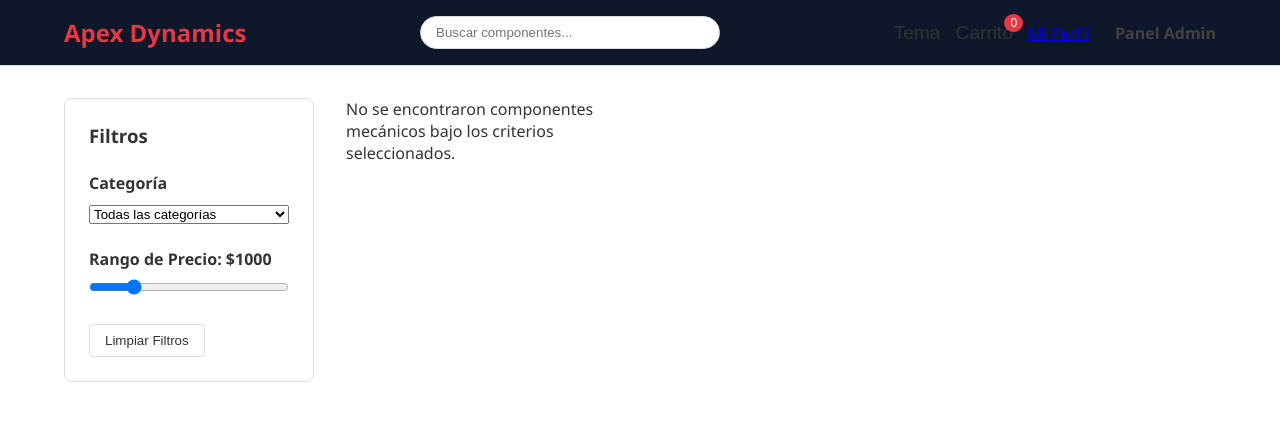
Repository: Niwrad774/Apex-Dynamics-Ecomerce
Page: html/cliente.html
These files come from the project's save history. The page is drawn as it stood at one moment and after the next save; the edit follows.
The browser window is 1280 px wide. The pictures show the whole page.
The page's requests for data from a server got no answer.

Above is the page before, as saved 2026-06-11 10:24:28.

### html/cliente.html
<!DOCTYPE html>
<html lang="es">
<head>
    <meta charset="UTF-8">
    <meta name="viewport" content="width=device-width, initial-scale=1.0">
    <title>Catálogo | Apex Dynamics</title>
    <link rel="stylesheet" href="/assets/css/cliente.css">
</head>
<body>
    <header class="navbar">
        <div class="logo"><a href="index.html" style="color: inherit; text-decoration: none;">Apex Dynamics</a></div>
        <div class="search-bar">
            <input type="text" id="search-input" placeholder="Buscar componentes...">
        </div>
        <nav class="nav-actions">
            <button id="theme-toggle" class="btn-icon">Tema</button>
            <button id="cart-toggle" class="btn-icon"><span id="cart-count">0</span>Carrito</button>
            <a href="#perfil" class="profile-link">Mi Perfil</a>
            <a href="admin.html" class="admin-link" style="margin-left: 10px; color: #444141; font-weight: bold; text-decoration: none;">Panel Admin</a>
        </nav>
    </header>

    <main class="catalog-layout">
        <aside class="filters-sidebar">
            <h3>Filtros</h3>
            <div class="filter-group">
                <label for="category-select">Categoría</label>
                <select id="category-select">
                    <option value="all">Todas las categorías</option>
                    <option value="suspension">Suspensión y Dirección</option>
                    <option value="frenos">Frenos</option>
                    <option value="motor">Motor y Rendimiento</option>
                    <option value="telemetria">Electrónica y Telemetría</option>
                </select>
            </div>
            <div class="filter-group">
                <label for="price-range">Rango de Precio: $<span id="price-value">1000</span></label>
                <input type="range" id="price-range" min="0" max="5000" step="50" value="1000">
            </div>
            <button id="clear-filters" class="btn-secondary">Limpiar Filtros</button>
        </aside>

        <section class="products-container" id="products-grid">
            <article class="product-card" data-category="frenos" data-price="850">
                <div class="product-img">Frenos de Carbono</div>
                <div class="product-info">
                    <h4>Discos de Freno Carbon-Cerámicos</h4>
                    <p class="price">$850.00</p>
                    <div class="rating">⭐⭐⭐⭐⭐ (12)</div>
                    <button class="btn-primary add-to-cart" data-id="1">Agregar al Carrito</button>
                    <button class="btn-text view-details">Ver Detalles / Reseñas</button>
                </div>
            </article>
        </section>
    </main>

    <aside class="cart-panel" id="cart-panel">
        <div class="cart-header">
            <h2>Tu Paddock (Carrito)</h2>
            <button id="close-cart" class="btn-icon">✖</button>
        </div>
        <div class="cart-items" id="cart-items">
            </div>
        <div class="cart-summary">
            <div class="summary-row">
                <span>Subtotal:</span>
                <span id="cart-subtotal">$0.00</span>
            </div>
            <div class="summary-row total">
                <span>Total:</span>
                <span id="cart-total">$0.00</span>
            </div>
            <button id="btn-checkout" class="btn-primary btn-block">Proceder al Pago</button>
        </div>
    </aside>

    <div class="modal-overlay" id="checkout-modal">
        <div class="modal-content">
            <span class="close-modal" id="close-checkout">&times;</span>
            <h2>Completar Orden</h2>
            <form id="checkout-form">
                <div class="form-group">
                    <label>Nombre en la Tarjeta</label>
                    <input type="text" required placeholder="Piloto Principal">
                </div>
                <div class="form-group">
                    <label>Número de Tarjeta</label>
                    <input type="text" required pattern="\d{16}" placeholder="0000 0000 0000 0000">
                </div>
                <div class="form-row">
                    <div class="form-group">
                        <label>Vencimiento</label>
                        <input type="text" required placeholder="MM/YY">
                    </div>
                    <div class="form-group">
                        <label>CVV</label>
                        <input type="text" required pattern="\d{3,4}" placeholder="123">
                    </div>
                </div>
                <button type="submit" class="btn-primary btn-block">Confirmar Pago</button>
            </form>
        </div>
    </div>

    <div class="modal-overlay" id="product-modal">
        <div class="modal-content product-modal-content">
            <span class="close-modal" id="close-product">&times;</span>
            <div class="product-details-layout">
                <div class="product-details-info">
                    <h2 id="modal-product-title">Título del Producto</h2>
                    <p id="modal-product-desc">Descripción detallada del componente...</p>
                    <p class="price" id="modal-product-price">$0.00</p>
                </div>
                <div class="product-reviews-section">
                    <h3>Reseñas</h3>
                    <div id="reviews-list" class="reviews-list">
                        </div>
                    <form id="review-form" class="review-form">
                        <h4>Deja tu opinión</h4>
                        <div class="star-rating">
                            <label><input type="radio" name="rating" value="1"> 1⭐</label>
                            <label><input type="radio" name="rating" value="2"> 2⭐</label>
                            <label><input type="radio" name="rating" value="3"> 3⭐</label>
                            <label><input type="radio" name="rating" value="4"> 4⭐</label>
                            <label><input type="radio" name="rating" value="5" checked> 5⭐</label>
                        </div>
                        <textarea rows="3" placeholder="¿Qué tal funciona este componente en la pista?" required></textarea>
                        <button type="submit" class="btn-secondary">Enviar Reseña</button>
                    </form>
                </div>
            </div>
        </div>
    </div>
</body>

<script type="module" src="/js/controllers/CatalogoController.js"></script>

</html>

### assets/css/cliente.css
:root {
    --bg-color: #ffffff;
    --text-color: #333333;
    --primary-color: #e63946;
    --primary-hover: #d62828;
    --secondary-bg: #f8f9fa;
    --card-bg: #ffffff;
    --border-color: #dddddd;
    --font-main: 'Segoe UI', Tahoma, Geneva, Verdana, sans-serif;
    --overlay-bg: rgba(0, 0, 0, 0.6);
}

* { margin: 0; padding: 0; box-sizing: border-box; }

body {
    font-family: var(--font-main);
    background-color: var(--bg-color);
    color: var(--text-color);
    overflow-x: hidden;
}

.btn-primary {
    background-color: var(--primary-color);
    color: #fff;
    border: none;
    padding: 10px 15px;
    border-radius: 4px;
    cursor: pointer;
    font-weight: bold;
    transition: 0.3s;
}
.btn-primary:hover { background-color: var(--primary-hover); }

.btn-secondary {
    background-color: transparent;
    color: var(--text-color);
    border: 1px solid var(--border-color);
    padding: 8px 15px;
    border-radius: 4px;
    cursor: pointer;
    transition: 0.3s;
}
.btn-secondary:hover { background-color: var(--secondary-bg); }

.btn-icon {
    background: none;
    border: none;
    font-size: 1.2rem;
    cursor: pointer;
    color: inherit;
    position: relative;
}
.btn-block { width: 100%; }

.navbar {
    display: flex;
    justify-content: space-between;
    align-items: center;
    padding: 1rem 5%;
    background-color: #0f172a;
    border-bottom: 1px solid var(--border-color);
    position: sticky;
    top: 0;
    z-index: 100;
}
.navbar .logo { font-size: 1.5rem; font-weight: bold; color: var(--primary-color); }
.search-bar input {
    padding: 8px 15px;
    border-radius: 20px;
    border: 1px solid var(--border-color);
    width: 300px;
}
.nav-actions { display: flex; gap: 15px; align-items: center; }
.nav-actions {background}
#cart-count {
    position: absolute;
    top: -8px; right: -10px;
    background: var(--primary-color);
    color: white;
    font-size: 0.75rem;
    padding: 2px 6px;
    border-radius: 50%;
}

/* --- Layout del Catálogo --- */
.catalog-layout {
    display: flex;
    gap: 2rem;
    padding: 2rem 5%;
    min-height: 80vh;
}

/* Sidebar Filtros */
.filters-sidebar {
    width: 250px;
    background: var(--card-bg);
    padding: 1.5rem;
    border-radius: 8px;
    border: 1px solid var(--border-color);
    height: fit-content;
}
.filters-sidebar h3 { margin-bottom: 1.5rem; }
.filter-group { margin-bottom: 1.5rem; }
.filter-group label { display: block; margin-bottom: 0.5rem; font-weight: bold; }
.filter-group select, .filter-group input[type="range"] { width: 100%; }

/* Grid Productos */
.products-container {
    flex: 1;
    display: grid;
    grid-template-columns: repeat(auto-fill, minmax(250px, 1fr));
    gap: 1.5rem;
}
.product-card {
    background: var(--card-bg);
    border: 1px solid var(--border-color);
    border-radius: 8px;
    overflow: hidden;
    display: flex;
    flex-direction: column;
}
.product-img {
    height: 180px;
    background: #e9ecef;
    display: flex;
    align-items: center;
    justify-content: center;
    color: #6c757d;
}
.product-info { padding: 1rem; display: flex; flex-direction: column; flex: 1; }
.product-info h4 { margin-bottom: 0.5rem; font-size: 1.1rem; }
.product-info .price { color: var(--primary-color); font-weight: bold; font-size: 1.2rem; margin-bottom: 0.5rem; }
.product-info .rating { margin-bottom: 1rem; font-size: 0.9rem; }
.product-info .add-to-cart { margin-top: auto; margin-bottom: 0.5rem; }
.product-info .btn-text { background: none; border: none; color: #0066cc; cursor: pointer; text-decoration: underline; }

/* --- Panel del Carrito --- */
.cart-panel {
    position: fixed;
    top: 0; right: -400px;
    width: 350px;
    height: 100vh;
    background: var(--card-bg);
    box-shadow: -2px 0 10px rgba(0,0,0,0.1);
    z-index: 1000;
    transition: right 0.3s ease;
    display: flex;
    flex-direction: column;
}
.cart-panel.open { right: 0; }
.cart-header {
    padding: 1.5rem;
    border-bottom: 1px solid var(--border-color);
    display: flex;
    justify-content: space-between;
    align-items: center;
}
.cart-items { flex: 1; overflow-y: auto; padding: 1.5rem; }
.cart-summary {
    padding: 1.5rem;
    border-top: 1px solid var(--border-color);
    background: var(--secondary-bg);
}
.summary-row { display: flex; justify-content: space-between; margin-bottom: 0.5rem; }
.summary-row.total { font-size: 1.2rem; font-weight: bold; margin-bottom: 1rem; }

/* --- Modales (Checkout y Producto) --- */
.modal-overlay {
    position: fixed;
    top: 0; left: 0; width: 100%; height: 100%;
    background: var(--overlay-bg);
    display: none;
    align-items: center;
    justify-content: center;
    z-index: 1100;
}
.modal-content {
    background: var(--bg-color);
    padding: 2rem;
    border-radius: 8px;
    width: 90%;
    max-width: 400px;
    position: relative;
}
.product-modal-content { max-width: 800px; }
.close-modal {
    position: absolute;
    top: 15px; right: 20px;
    font-size: 1.5rem;
    cursor: pointer;
}
.form-group { margin-bottom: 1rem; }
.form-group label { display: block; margin-bottom: 0.3rem; font-size: 0.9rem; }
.form-group input {
    width: 100%; padding: 10px;
    border: 1px solid var(--border-color); border-radius: 4px;
}
.form-row { display: flex; gap: 10px; }

/* Layout Detalle de Producto */
.product-details-layout {
    display: grid;
    grid-template-columns: 1fr 1fr;
    gap: 2rem;
    margin-top: 1rem;
}
.review-form {
    margin-top: 1.5rem;
    background: var(--secondary-bg);
    padding: 1rem;
    border-radius: 8px;
}
.star-rating { margin-bottom: 1rem; display: flex; gap: 10px; }
.review-form textarea {
    width: 100%; padding: 10px;
    border: 1px solid var(--border-color);
    border-radius: 4px; margin-bottom: 1rem; resize: vertical;
}

/* --- Responsive --- */
@media (max-width: 768px) {
    .catalog-layout { flex-direction: column; }
    .filters-sidebar { width: 100%; }
    .product-details-layout { grid-template-columns: 1fr; }
}

### js/repositories/ProductoRepository.js
export class ProductRepository {
    constructor() {
        this.apiURL = 'https://fakestoreapi.com/products';
    }

    async getAllProducts() {
        // CONEXIÓN LOCAL: Intentamos leer la base de datos local en el navegador
        let products = JSON.parse(localStorage.getItem('products'));

        // INTERCEPCIÓN / LOGICA DE CACHÉ: Si no hay datos locales, nos conectamos a la API externa
        if (!products || products.length === 0) {
            try {
                // CONEXIÓN DE RED: Consumo de datos crudos externos
                const response = await fetch(this.apiURL);
                const data = await response.json();

                // MAPEO DE DOMINIO: Transformamos los datos de la API al contexto automotriz
                products = data.map(item => ({
                    id: item.id,
                    title: this.translateToMotorsport(item.title, item.id),
                    description: item.description,
                    price: parseFloat((item.price * 10).toFixed(2)),
                    category: this.mapCategory(item.category),
                    rating: item.rating ? item.rating.rate : 5,
                    reviewsCount: item.rating ? item.rating.count : 0
                }));

                // CONEXIÓN DE PERSISTENCIA: Se guardan localmente para otorgar el control total al Admin
                // A partir de este commit en el storage, la app deja de depender de la API externa
                localStorage.setItem('products', JSON.stringify(products));
            } catch (error) {
                console.error("Error en la conexión con la API, usando fallback local:", error);
                products = this.getFallbackProducts();
                localStorage.setItem('products', JSON.stringify(products));
            }
        }
        return products; // Retorna los datos unificados al Servicio o Controlador
    }

    getReviewsByProductId(productId) {
        // CONEXIÓN LOCAL: Recupera el mapa de reseñas persistidas por ID de producto
        const allReviews = JSON.parse(localStorage.getItem('product_reviews')) || {};
        return allReviews[productId] || this.getDefaultReviews();
    }

    saveReview(productId, reviewDto) {
        // CONEXIÓN LOCAL: Modifica el estado del LocalStorage inyectando una nueva reseña
        const allReviews = JSON.parse(localStorage.getItem('product_reviews')) || {};
        if (!allReviews[productId]) allReviews[productId] = this.getDefaultReviews();

        allReviews[productId].push(reviewDto);
        localStorage.setItem('product_reviews', JSON.stringify(allReviews));
    }

    mapCategory(apiCategory) {
        if (apiCategory.includes("electronics")) return "telemetria";
        if (apiCategory.includes("jewelery")) return "suspension";
        if (apiCategory.includes("men's clothing")) return "motor";
        return "frenos";
    }

    translateToMotorsport(title, id) {
        const names = [
            "Kit de Suspensión Coilovers Pro", "Discos de Freno Cerámicos",
            "Módulo de Telemetría GPS v2", "Turbocompresor de Geometría Variable",
            "Inyectores de Alta Presión", "Volante de Alcantara Competición",
            "Pastillas de Freno Compuesto Blando", "Sensor de Presión de Neumáticos TPMS"
        ];
        return names[id % names.length] || `Componente Racing HP-${id}`;
    }

    getDefaultReviews() {
        return [
            { rating: 5, comment: "Excelente respuesta en pista, altamente recomendado.", date: "2026-05-10" },
            { rating: 4, comment: "Buen material, requiere ajuste profesional.", date: "2026-06-01" }
        ];
    }

    getFallbackProducts() {
        return [{ id: 101, title: "Kit de Suspensión Ajustable", description: "Ideal para circuitos", price: 1200.00, category: "suspension", rating: 4.8, reviewsCount: 14 }];
    }
}

### js/services/CartService.js
export class CartService {
    constructor() {
        // CONEXIÓN DE ESTADO LOCAL: Inicializa el estado en memoria recuperando el carrito del LocalStorage
        this.cart = JSON.parse(localStorage.getItem('cart')) || [];
    }

    getCartItems() {
        return this.cart;
    }

    addToCart(product) {
        const existingItem = this.cart.find(item => item.id === product.id);
        if (existingItem) {
            existingItem.quantity += 1; // PUNTO DE CONEXIÓN: Operación de clonar/incrementar cantidad
        } else {
            this.cart.push({ ...product, quantity: 1 });
        }
        this.syncStorage();
    }

    incrementQuantity(productId) {
        const item = this.cart.find(item => item.id === productId);
        if (item) {
            item.quantity += 1;
            this.syncStorage();
        }
    }

    decrementQuantity(productId) {
        const item = this.cart.find(item => item.id === productId);
        if (item) {
            item.quantity -= 1;
            if (item.quantity <= 0) {
                this.removeFromCart(productId);
                return;
            }
            this.syncStorage();
        }
    }

    removeFromCart(productId) {
        this.cart = this.cart.filter(item => item.id !== productId);
        this.syncStorage();
    }

    clearCart() {
        this.cart = [];
        this.syncStorage();
    }

    // CALCULO MATEMÁTICO: Centraliza el cómputo automático de subtotales y totales requeridos
    getCalculatedTotals() {
        const subtotal = this.cart.reduce((acc, item) => acc + (item.price * item.quantity), 0);
        return {
            subtotal: subtotal.toFixed(2),
            total: subtotal.toFixed(2), // Modificar aquí si se requiere aplicar impuestos o descuentos
            count: this.cart.reduce((acc, item) => acc + item.quantity, 0)
        };
    }

    // CONEXIÓN DE PERSISTENCIA: Sincroniza el estado en memoria con el almacenamiento del navegador
    syncStorage() {
        localStorage.setItem('cart', JSON.stringify(this.cart));
    }
}

### js/views/CatalogoView.js
export class CatalogView {
    // CONEXIÓN CON EL DOM: Al instanciar la vista, le pasamos los elementos HTML que va a controlar
    constructor(domElements) {
        this.DOM = domElements;
    }

    // PUNTO DE CONEXIÓN (Datos -> Interfaz): Recibe el array filtrado y lo dibuja en la cuadrícula
    renderCatalog(products) {
        this.DOM.productsGrid.innerHTML = "";

        if (products.length === 0) {
            this.DOM.productsGrid.innerHTML = `<p class="no-results">No se encontraron componentes mecánicos bajo los criterios seleccionados.</p>`;
            return;
        }

        products.forEach(product => {
            const card = document.createElement("article");
            card.className = "product-card";
            // CONEXIÓN DE IDENTIFICADORES: Usamos `data-id` para mapear el elemento del DOM con el ID del objeto en la BD
            card.innerHTML = `
                <div class="product-img">${product.title.substring(0, 15)}...</div>
                <div class="product-info">
                    <h4>${product.title}</h4>
                    <p class="price">$${product.price.toLocaleString('en-US', {minimumFractionDigits: 2})}</p>
                    <div class="rating">⭐ ${product.rating} (${product.reviewsCount} refs)</div>
                    <button class="btn-primary add-to-cart" data-id="${product.id}">Agregar al Carrito</button>
                    <button class="btn-text view-details" data-id="${product.id}">Ver Detalles / Reseñas</button>
                </div>
            `;
            this.DOM.productsGrid.appendChild(card);
        });
    }

    // PUNTO DE CONEXIÓN (Carrito -> Interfaz): Dibuja los componentes dentro del Paddock lateral
    renderCart(items, totals) {
        this.DOM.cartCount.textContent = totals.count;
        this.DOM.cartSubtotal.textContent = `$${totals.subtotal}`;
        this.DOM.cartTotal.textContent = `$${totals.total}`;

        this.DOM.cartItemsContainer.innerHTML = "";

        if (items.length === 0) {
            this.DOM.cartItemsContainer.innerHTML = `<p style="text-align:center; color:#6c757d; margin-top:2rem;">El carrito está vacío.</p>`;
            return;
        }

        items.forEach(item => {
            const itemElement = document.createElement("div");
            itemElement.style.cssText = "display:flex; justify-content:space-between; align-items:center; margin-bottom:1rem; border-bottom:1px solid var(--border-color); padding-bottom:0.5rem;";
            // CONEXIÓN DE EVENTOS DELEGADOS: Los botones internos llevan el `data-id` para ser interceptados en el controlador
            itemElement.innerHTML = `
                <div>
                    <h5 style="font-size:0.95rem; font-weight:bold;">${item.title}</h5>
                    <p style="color:var(--primary-color); font-size:0.9rem;">$${item.price} x ${item.quantity}</p>
                </div>
                <div style="display:flex; gap:5px; align-items:center;">
                    <button class="btn-qty minus" data-id="${item.id}">-</button>
                    <span>${item.quantity}</span>
                    <button class="btn-qty plus" data-id="${item.id}">+</button>
                    <button class="btn-remove" data-id="${item.id}">🗑️</button>
                </div>
            `;
            this.DOM.cartItemsContainer.appendChild(itemElement);
        });
    }

    renderReviews(reviews) {
        this.DOM.reviewsList.innerHTML = "";
        reviews.forEach(rev => {
            const revEl = document.createElement("div");
            revEl.style.cssText = "margin-bottom: 1rem; border-bottom: 1px dashed #ccc; padding-bottom: 0.5rem;";
            revEl.innerHTML = `
                <p style="font-weight:bold; color:orange;">${"⭐".repeat(rev.rating)}</p>
                <p style="font-style:italic;">"${rev.comment}"</p>
                <small style="color:#777;">Fecha: ${rev.date}</small>
            `;
            this.DOM.reviewsList.appendChild(revEl);
        });
    }
}

Loaded but not shown: js/controllers/CatalogoController.js (185 lines, source omitted)

After the next save:
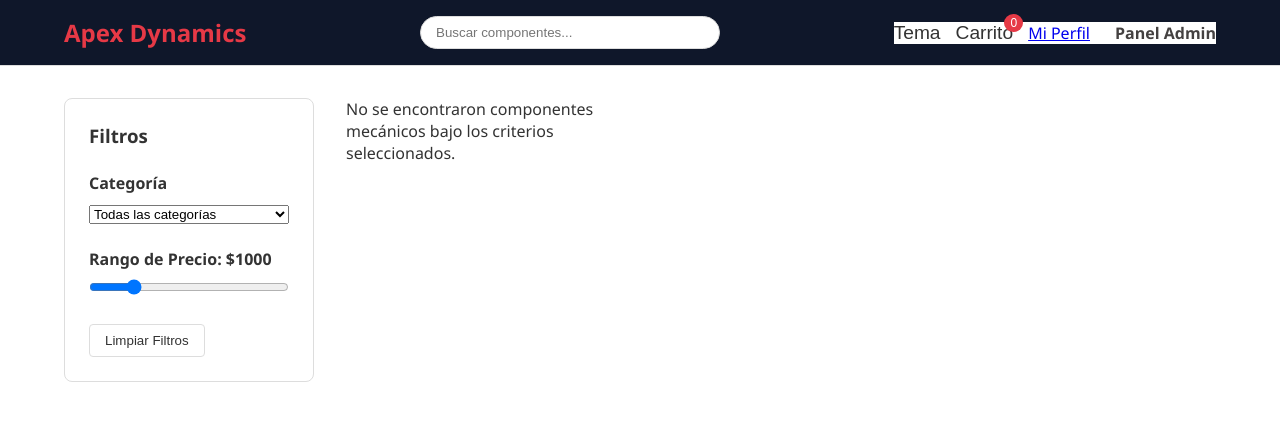
Saved 6 s later.
--- a/assets/css/cliente.css
+++ b/assets/css/cliente.css
@@ -71,7 +71,7 @@ body {
     width: 300px;
 }
 .nav-actions { display: flex; gap: 15px; align-items: center; }
-.nav-actions {background}
+.nav-actions {background-color:white}
 #cart-count {
     position: absolute;
     top: -8px; right: -10px;
